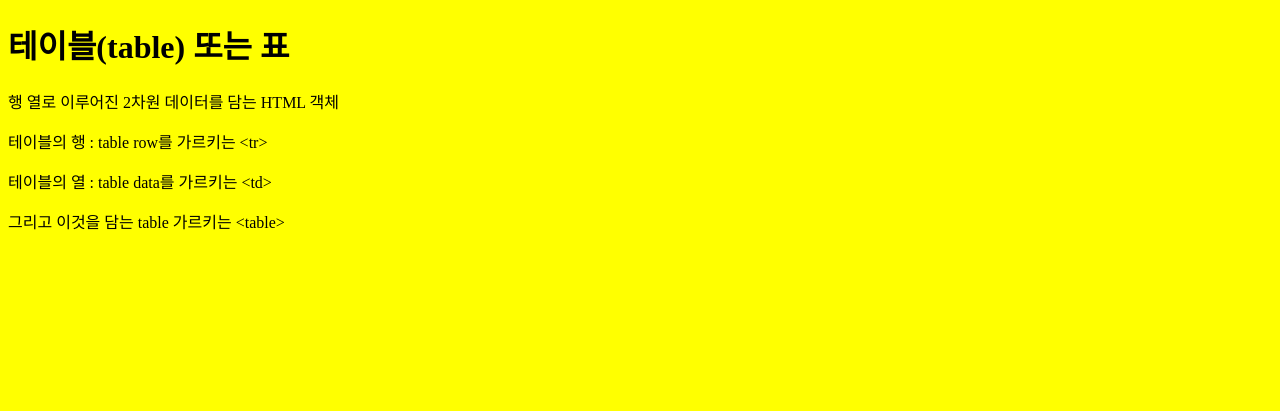
Repository: kmh9964/view
Page: workspace/studyhtml5/src/main/webapp/docs/first.html
An editor plug-in stored every save of this project. The page is shown before and after the next save, followed by the edit.
The browser window is 1280 px wide. The pictures show the whole page.

Above is the page before, as saved 2022-12-15 05:46:43.

### workspace/studyhtml5/src/main/webapp/docs/first.html
<!doctype html>
<html lang="en">
<head>
<meta charset="UTF-8" />
<title>표</title>
<link rel="stylesheet" href="../css/main.css" />
</head>
<body>
	<h1>테이블(table) 또는 표</h1>
	<p>행 열로 이루어진 2차원 데이터를 담는 HTML 객체<p>
	<p>테이블의 행 : table row를 가르키는 &lt;tr&gt;</p>
	<p>테이블의 열 : table data를 가르키는 &lt;td&gt;</p>
	<p>그리고 이것을 담는 table 가르키는 &lt;table&gt;

</body>
</html>

### workspace/studyhtml5/src/main/webapp/css/main.css
@charset "UTF-8";
body {
	background: yellow;
}

After the next save:
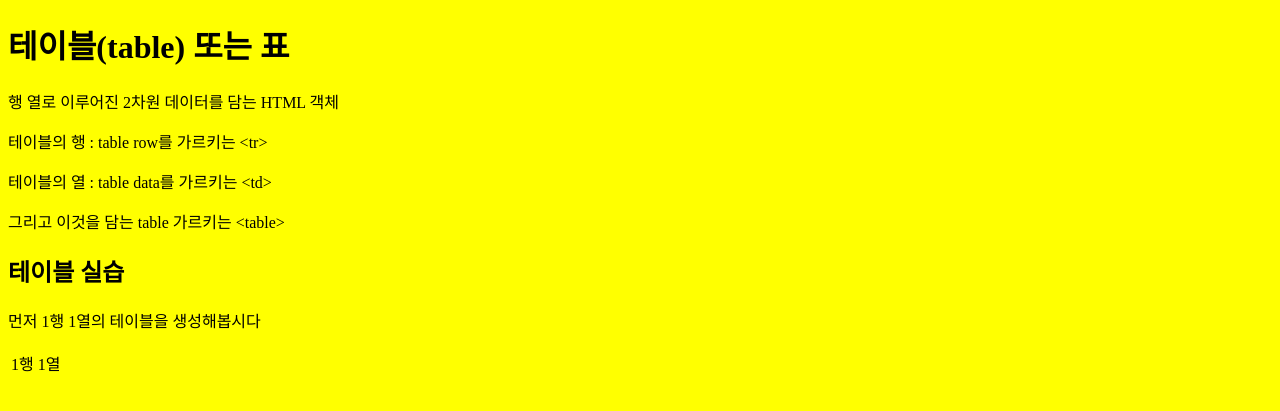
Saved 2 min 17 s later.
--- a/workspace/studyhtml5/src/main/webapp/docs/first.html
+++ b/workspace/studyhtml5/src/main/webapp/docs/first.html
@@ -10,7 +10,16 @@
 	<p>행 열로 이루어진 2차원 데이터를 담는 HTML 객체<p>
 	<p>테이블의 행 : table row를 가르키는 &lt;tr&gt;</p>
 	<p>테이블의 열 : table data를 가르키는 &lt;td&gt;</p>
-	<p>그리고 이것을 담는 table 가르키는 &lt;table&gt;
+	<p>그리고 이것을 담는 table 가르키는 &lt;table&gt;</p>
+	<h2>테이블 실습</h2>
+	<p>먼저 1행 1열의 테이블을 생성해봅시다</p>
+
+	<table>
+		<tr>
+			<td>1행 1열</td>
+
+		</tr>
+	</table>
 
 </body>
 </html>
